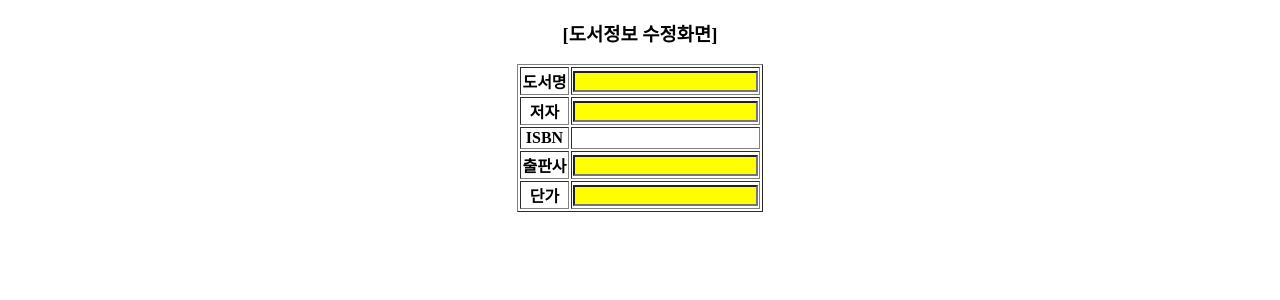
Repository: youngmoon525/Jsp_Servlet
Page: http://localhost/05.TestJSP/detail.jsp
An editor plug-in stored every save of this project. The page is shown before and after the next save, followed by the edit.
The browser window is 1280 px wide. The pictures show the whole page.
The page is served by Tomcat 9. Other server files are loaded and not shown. Queries for data that is not in the repository find no rows.

Above is the page before, as saved 2021-09-13 03:40:14.

### workspace/05.TestJSP/WebContent/detail.jsp
<%@page import="com.hanul.study.BookDTO"%>
<%@page import="com.hanul.study.BookDAO"%>
<%@ page language="java" contentType="text/html; charset=UTF-8" pageEncoding="UTF-8"%>
<%
String isbn = request.getParameter("isbn");
BookDAO dao = new BookDAO();
BookDTO dto = dao.detailBook(isbn);
pageContext.setAttribute("dto", dto);
%>
<!DOCTYPE html>
<html>
<head>
<meta charset="UTF-8">
<title>Detail JSP</title>
<style type="text/css">
.in{
	background-color: yellow;
}
</style>
</head>
<body>
<div align="center">
<h3>[도서정보 수정화면]</h3>
<form action="update.jsp" method="post">
<table border="1">
	<tr>
		<th>도서명</th>
		<td><input type="text" name="title" value="${dto.title }" class="in"/></td>
	</tr>
	<tr>
		<th>저자</th>
		<td><input type="text" name="name" value="${dto.name }" class="in"/></td>
	</tr>
	<tr>
		<th>ISBN</th>
		<td>${dto.isbn }</td>
	</tr>
	<tr>
		<th>출판사</th>
		<td><input type="text" name="company" value="${dto.company}" class="in"/></td>
	</tr>
	<tr>
		<th>단가</th>
		<td><input type="number" name="cost" value="${dto.cost }" min="0" class="in"/></td>
	</tr>
</table>
</form>
</div>
</body>
</html>

### workspace/05.TestJSP/src/com/hanul/study/BookDAO.java
package com.hanul.study;

import java.sql.Connection;
import java.sql.DriverManager;
import java.sql.PreparedStatement;
import java.sql.ResultSet;
import java.util.ArrayList;

public class BookDAO {
	private Connection conn;	//연결객체
	private PreparedStatement ps; //전송객체
	private ResultSet rs;	//결과객체

	//DB접속
	public Connection getConn() {
		String url = "jdbc:oracle:thin:@127.0.0.1:1521:XE";
		String user = "hanul";
		String password = "0000";
		try {
			Class.forName("oracle.jdbc.driver.OracleDriver");	//동적로딩
			conn = DriverManager.getConnection(url, user, password);
		} catch (Exception e) {
			e.printStackTrace();	//예외발생의 원인을 상세하게 출력
			System.out.println("getConn() Exception!!!");
		}
		return conn;
	}//getConn()

	//DB접속 해제
	public void dbClose() {
		try {
			if(rs != null) rs.close();
			if(ps != null) ps.close();
			if(conn != null) conn.close();
		} catch (Exception e) {
			e.printStackTrace();
		}
	}//dbClose()

	//도서정보 등록
	public int inserBook(BookDTO dto) {
		conn = getConn();
		String sql = "insert into tblBook values(?,?,?,?,?,?,?)";
		int succ = 0;
		try {
			ps = conn.prepareStatement(sql);
			ps.setString(1, dto.getTitle());
			ps.setString(2, dto.getName());
			ps.setString(3, dto.getIsbn());
			ps.setString(4, dto.getCompany());
			ps.setInt(5, dto.getCost());
			ps.setInt(6, dto.getQty());
			ps.setInt(7, dto.getCost() * dto.getQty());
			succ = ps.executeUpdate();
		} catch (Exception e) {
			e.printStackTrace();
			System.out.println("inserBook() Exception!!!");
		} finally {
			dbClose();
		}
		return succ;
	}//inserBook()

	//전체도서 목록 조회
	public ArrayList<BookDTO> searchAllBook() {
		conn = getConn();
		String sql = "select * from tblBook";
		ArrayList<BookDTO> list = new ArrayList<>();
		try {
			ps = conn.prepareStatement(sql);
			rs = ps.executeQuery();
			while(rs.next()) {
				BookDTO dto = new BookDTO();
				dto.setTitle(rs.getString("title"));
				dto.setName(rs.getString("name"));
				dto.setIsbn(rs.getString("isbn"));
				dto.setCompany(rs.getString("company"));
				dto.setCost(rs.getInt("cost"));
				dto.setQty(rs.getInt("qty"));
				dto.setPrice(rs.getInt("price"));
				list.add(dto);
			}
		} catch (Exception e) {
			e.printStackTrace();
			System.out.println("searchAllBook() Exception!!!");
		} finally {
			dbClose();
		}
		return list;
	}//searchAllBook()

	//도서정보 삭제
	public int deleteBook(String isbn) {
		conn = getConn();
		String sql = "delete from tblBook where isbn = ?";
		int succ= 0;
		try {
			ps = conn.prepareStatement(sql);
			ps.setString(1, isbn);
			succ = ps.executeUpdate();
		} catch (Exception e) {
			e.printStackTrace();
			System.out.println("deleteBook() Exception!!!");
		}finally {
			dbClose();
		}
		return succ;
	}//deleteBook()

	//ISBN 코드에 해당되는 도서정보를 검색
	public BookDTO detailBook(String isbn) {
		conn = getConn();
		String sql = "select * from tblBook where isbn = ?";
		BookDTO dto = null;
		try {
			ps = conn.prepareStatement(sql);
			ps.setString(1, isbn);
			rs = ps.executeQuery();
			if(rs.next()) {
				dto = new BookDTO();
				dto.setTitle(rs.getString("title"));
				dto.setName(rs.getString("name"));
				dto.setIsbn(rs.getString("isbn"));
				dto.setCompany(rs.getString("company"));
				dto.setCost(rs.getInt("cost"));
				dto.setQty(rs.getInt("qty"));
				dto.setPrice(rs.getInt("price"));
			}
		} catch (Exception e) {
			e.printStackTrace();
			System.out.println("detailBook() Exception!!!");
		} finally {
			dbClose();
		}
		return dto;
	}//detailBook()




}//class

After the next save:
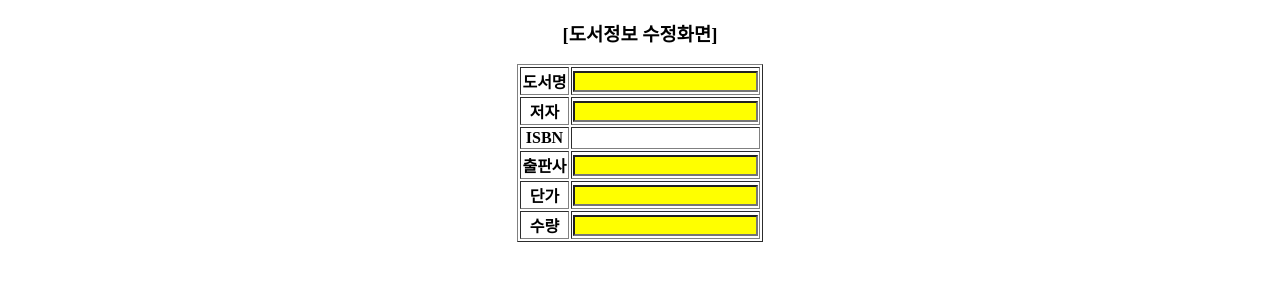
Saved 45 s later.
--- a/workspace/05.TestJSP/WebContent/detail.jsp
+++ b/workspace/05.TestJSP/WebContent/detail.jsp
@@ -43,6 +43,10 @@ pageContext.setAttribute("dto", dto);
 		<th>단가</th>
 		<td><input type="number" name="cost" value="${dto.cost }" min="0" class="in"/></td>
 	</tr>
+	<tr>
+		<th>수량</th>
+		<td><input type="number" name="qty" value="${dto.qty }" min="0" class="in"/></td>
+	</tr>
 </table>
 </form>
 </div>
